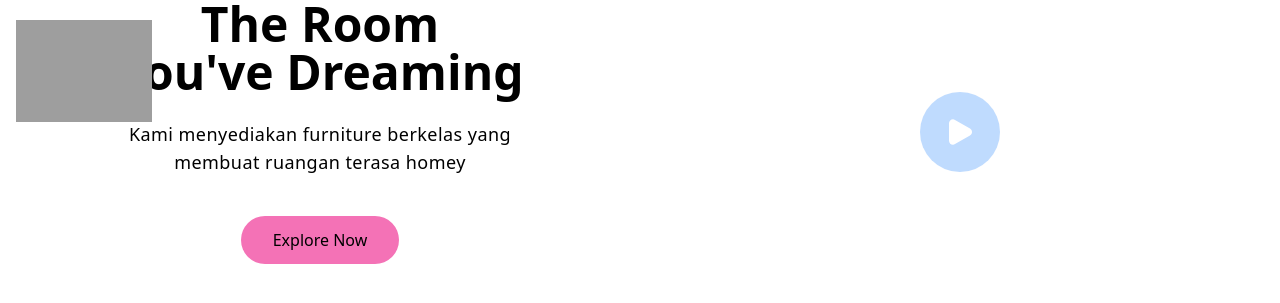
Repository: farrelmuhammad/anime-collections
Page: /
An editor plug-in stored every save of this project. The page is shown before and after the next save, followed by the edit.
The browser window is 1280 px wide. The pictures show the whole page.
Pictures or frames that could not be fetched are drawn as grey boxes. The page's requests for data from a server got no answer. The project was rebuilt for these pictures with package versions that can differ from the ones it lists, and the page was loaded fresh each time. No one was signed in, and anything a server would have sent is missing. Also part of the build but not shown: src/App.css.

Above is the page before, as saved 2023-08-03 23:33:48.

After the next save:
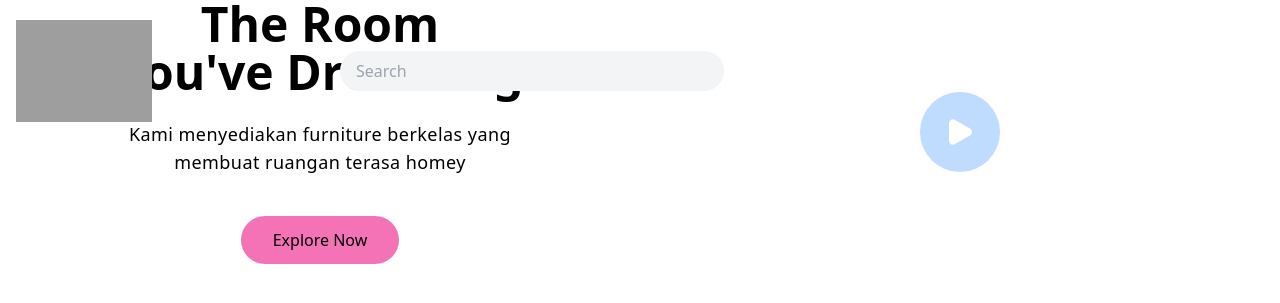
Saved 2 min 5 s later.
--- a/src/parts/Header.tsx
+++ b/src/parts/Header.tsx
@@ -22,7 +22,13 @@
                                 />
                             </Link>
                         </div>
-                        <div className="w-full"></div>
+                        <div className="w-full flex items-center justify-center">
+                            <input
+                                type="text"
+                                placeholder="Search"
+                                className="w-full md:w-96 py-2 px-4 rounded-full bg-gray-100 focus:outline-none"
+                            />
+                        </div>
                         <div className="w-auto">
                             <ul
                                 className={["fixed bg-white inset-0 flex flex-col items-center justify-center opacity-0 md:visible md:flex-row md:bg-transparent md:relative md:opacity-100 md:flex md:items-center", toggleMainMenu ? "opacity-100 z-30 visible" : "invisible opacity-0"].join(" ")}
